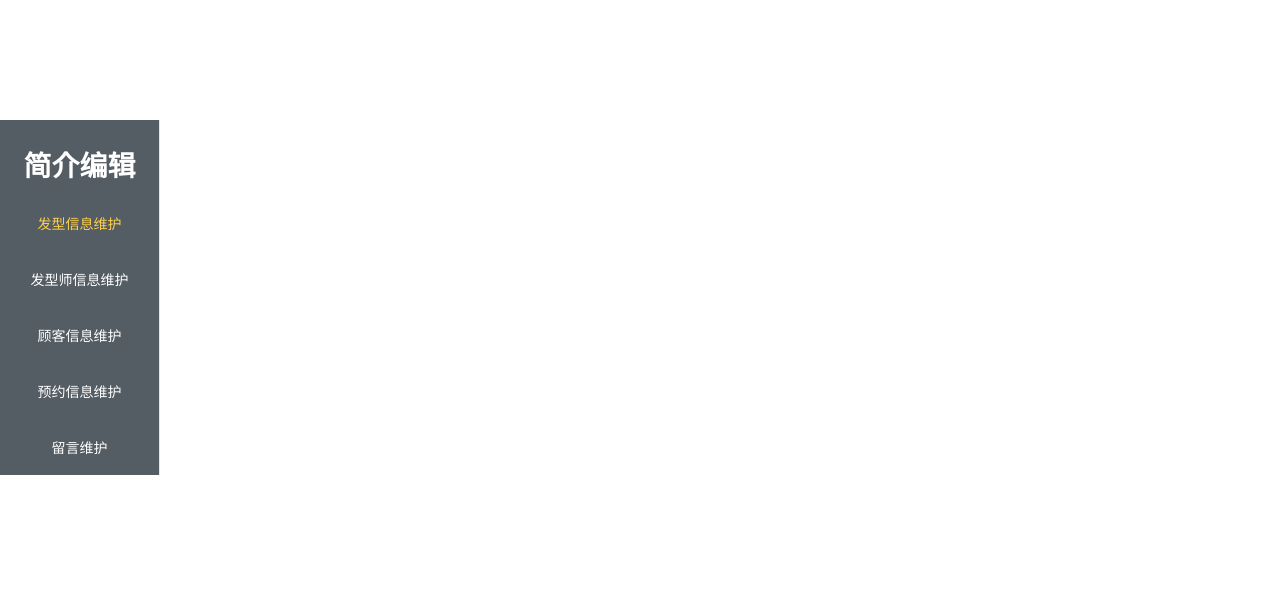
Repository: cjl0805/graduation-design-front
Page: /back/home
The author's editor kept a copy of each file at every save. The page is drawn from the files as they stood at one save, then again after the next save.
The browser window is 1280 px wide. The pictures show the whole page.
The project was rebuilt for these pictures with package versions that can differ from the ones it lists, and the page was loaded fresh each time. Also part of the build but not shown: vue.config.js, src/components/RotationChart.vue, src/components/NavigationBar.vue, src/components/HairStylist.vue, src/components/HairStyle.vue, src/views/font/HairStyleView.vue, src/views/font/HairStylistView.vue, src/views/font/HomeView.vue and 11 more.

Above is the page before, as saved 2023-04-17 16:37:30.

After the next save:
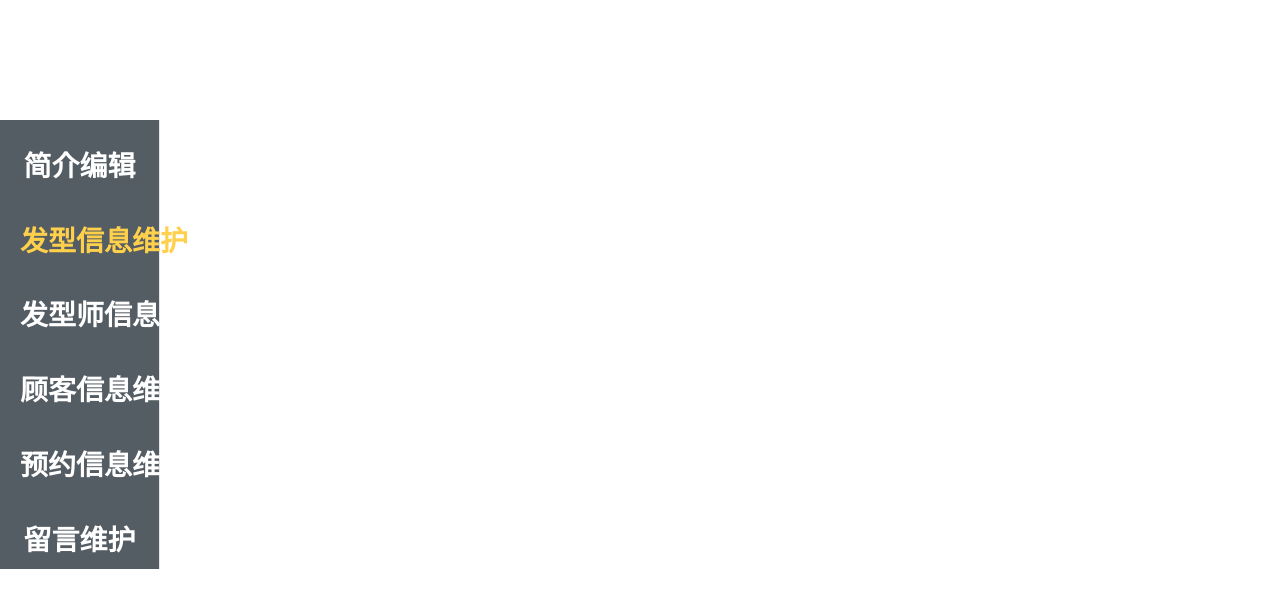
Saved 48 s later.
--- a/src/views/back/MainView.vue
+++ b/src/views/back/MainView.vue
@@ -15,19 +15,19 @@
             <span slot="title"><h1>简介编辑</h1></span>
           </el-menu-item>
           <el-menu-item index="2">
-            <span slot="title">发型信息维护</span>
+            <span slot="title"><h1>发型信息维护</h1></span>
           </el-menu-item>
           <el-menu-item index="3">
-            <span slot="title">发型师信息维护</span>
+            <span slot="title"><h1>发型师信息维护</h1></span>
           </el-menu-item>
           <el-menu-item index="4">
-            <span slot="title">顾客信息维护</span>
+            <span slot="title"><h1>顾客信息维护</h1></span>
           </el-menu-item>
           <el-menu-item index="5">
-            <span slot="title">预约信息维护</span>
+            <span slot="title"><h1>预约信息维护</h1></span>
           </el-menu-item>
           <el-menu-item index="6">
-            <span slot="title">留言维护</span>
+            <span slot="title"><h1>留言维护</h1></span>
           </el-menu-item>
         </el-menu>
       </el-col>
